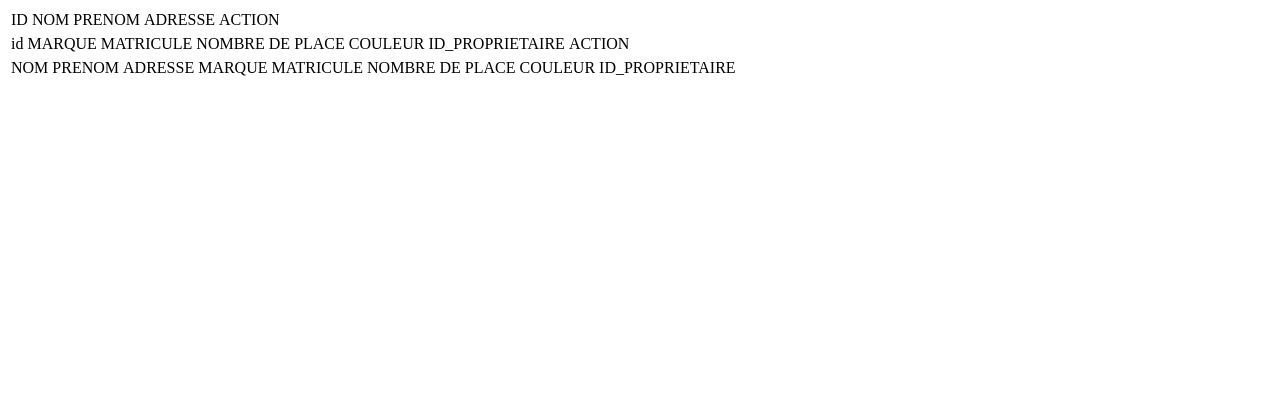
Repository: mitantsoa1/eselas
Page: http://localhost/views/affichage.php
These files come from the project's save history. The page is drawn as it stood at one moment and after the next save; the edit follows.
The browser window is 1280 px wide. The pictures show the whole page.
The page is run by PHP 8.4 with error messages shown; the project is at /var/www/html/. Style sheets and scripts are compiled from the project's sources, by tool versions that may differ from the author's. Queries for data that is not in the repository find no rows.

Above is the page before, as saved 2020-11-29 15:30:40.
Console error: SyntaxError: Unexpected token '<'

### views/affichage.php
<?php
// include_once ('Models/voiture.class.php');
// include_once ('Models/proprietaire.class.php');
// include_once ('Controls/control.php');
// include_once ('Views/enregistrementProprio.php');
// include_once ('Views/enregistrementVoiture.php');
// session_start();
// $matricule=htmlspecialchars(trim($_POST['matricule']));
// $_SESSION['user']=$matricule;
?>
<!DOCTYPE html>
<html lang="en">
<head>
    <meta charset="UTF-8">
    <meta name="viewport" content="width=device-width, initial-scale=1.0">
    <title>Document</title>
    <link rel="stylesheet" href="Publics/css/style.css">
    <link rel="stylesheet" href="Publics/css/bootstrap.css">
    <link rel="stylesheet" href="Publics/css/font-awesome.css">
    <link rel="stylesheet" href="Publics/css/util.css">

</head>
<body>

<div class="container-fluid">
    <div class="row">
        <div class="col-md-5">

            <table class="m-t-100 table table-bordered">
                            <tr>
                                <td>ID</td>
                                <td>NOM</td>
                                <td>PRENOM</td>
                                <td>ADRESSE</td>
                                <td>ACTION</td>
                                <!-- <td>MARQUE</td>
                                <td>MATRICULE</td>
                                <td>NOMBRE DE PLACE</td>
                                <td>COULEUR</td> -->
                            </tr>




                        <?php
                        $connexion = new PDO ("mysql:host=localhost;dbname=stage","root","");
                            $sql="SELECT * FROM personne  ";
                            $stmt = $connexion -> prepare($sql);
                            $stmt -> execute();
                                while($table= $stmt->fetch(PDO::FETCH_ASSOC)){
                                    echo "
                                        <tr>
                                            <td> ".$table['id']."</td>
                                            <td> ".$table['nom']."</td>
                                            <td> ".$table['prenom']."</td>
                                            <td> ".$table['adresse']."</td>
                                            <td>
                                            <a href='affichage' id='efface' onclick='effacer(".$table['id'].")' >Effacer</a>
                                            <a href='#' onclick='modifier(".$table['id'].")'>Modifier</a>
                                        </td>
                                        </tr>
                                    ";
                                }
                        ?>
            </table>

        </div>

         <!-- INNER JOIN voiture AS v WHERE p.id = v.id_personne
        ,v.marque,v.matricule,v.place,v.couleur

        WHERE p.nom LIKE '%i%'

         onclick=' return confirm(\"Voulez-vous supprimer?\")'

        <td> ".$tab['marque']."</td>
                                <td> ".$tab['matricule']."</td>
                                <td> ".$tab['place']."</td>
                                <td> ".$tab['couleur']."</td>

                                <td> ".$tab['nom']."</td>
                                <td> ".$tab['prenom']."</td>
                                <td> ".$tab['adresse']."</td>
        -->
        <div class="col-md-7">
                <table  class="m-t-100 table table-bordered">
                        <tr>
                            <!-- <td>NOM</td>
                            <td>PRENOM</td>-->
                            <td>id</td>
                            <td>MARQUE</td>
                            <td>MATRICULE</td>
                            <td>NOMBRE DE PLACE</td>
                            <td>COULEUR</td>
                            <td>ID_PROPRIETAIRE</td>
                            <td>ACTION</td>
                        </tr>
                    <?php
                    $connexion = new PDO ("mysql:host=localhost;dbname=stage","root","");
                        $sql="SELECT * FROM voiture ";
                        $stmt = $connexion -> prepare($sql);
                        $stmt -> execute();
                            while($tab= $stmt->fetch(PDO::FETCH_ASSOC)){
                                echo "
                                    <tr>
                                    <td> ".$tab['id']."</td>
                                        <td> ".$tab['marque']."</td>
                                        <td> ".$tab['matricule']."</td>
                                        <td> ".$tab['place']."</td>
                                        <td> ".$tab['couleur']."</td>
                                        <td> ".$tab['id_personne']."</td>
                                        <td>
                                            <a href='affichage' id='supprime' onclick='supprimer(".$tab['id'].")'>Supprimer</a>
                                            <a href='modifierV' id='modifierV' onclick='modifierVoit(".$tab['id'].")'>Modifier</a>
                                        </td>
                                    </tr>
                                ";
                            }
                    ?>
                </table>
        </div>
    </div>
    <div class="col-md-10 col-md-offset-1">

<table class="m-t-100 table table-bordered">
                <tr>
                    <td>NOM</td>
                    <td>PRENOM</td>
                    <td>ADRESSE</td>
                    <td>MARQUE</td>
                    <td>MATRICULE</td>
                    <td>NOMBRE DE PLACE</td>
                    <td>COULEUR</td>
                    <td>ID_PROPRIETAIRE</td>
                </tr>

            <?php
            // $connexion = new PDO ("mysql:host=localhost;dbname=stage","root","");
            //     $sql="SELECT * FROM voiture AS v INNER JOIN personne AS p ON p.id= v.id_personne";
            //     $stmt1 = $connexion -> prepare($sql);
            //     $stmt1 -> execute();
            //     $table=[];
            //     $i=0;
            //         while($x= $stmt1->fetch(PDO::FETCH_ASSOC)){
            //             $table=$x;
            //             $i++;
            //         }
            //             echo "
            //                 <tr>
            //                     <td> ".$table['nom']."</td>
            //                     <td> ".$table['prenom']."</td>
            //                     <td> ".$table['adresse']."</td>
            //                     <td> ".$table['marque']."</td>
            //                     <td> ".$table['matricule']."</td>
            //                     <td> ".$table['place']."</td>
            //                     <td> ".$table['couleur']."</td>
            //                     <td> ".$table['id_personne']."</td>
            //                 </tr>
            //             ";
                        // echo $table['nom'];

            ?>
</table>
</div>
<!-- <table border="1">
                <tr>
                    <td>ID_PERSONNE</td>

                   <td>MARQUE</td>
                    <td>MATRICULE</td>
                    <td>NOMBRE DE PLACE</td>
                    <td>COULEUR</td>
                </tr>
</table>  -->




            <!-- $connexion = new PDO ("mysql:host=localhost;dbname=stage","root","");
                $sql="SELECT id FROM personne  ";
                $stmt = $connexion -> prepare($sql);
                $stmt -> execute();
                $i=0;
                $x=0;
                    while($tab= $stmt->fetch(PDO::FETCH_ASSOC)){
                        $x= $tab['id'];
                        // echo $table."<br>";
                        $table[$i]=$x;

                        $i++;
                    }
                        echo $table[0]." "; -->

    </div>
    <script src="Publics/js/jquery.js"></script>
    <script src="Publics/js/bootstrap.js"></script>
    <script src="Publics/js/main.js"></script>
</body>


</html>

### index.php
<?php

require_once ("Controls/Controllers.class.php");
require_once ("Models/Database.class.php");
Database::init("localhost","stage","root","");

if(isset($_GET['action'])){
    if(method_exists("Controllers",$_GET['action'])){
        $reflect = new ReflectionMethod("Controllers",$_GET['action']);
        $class = "Controllers";
        $reflect -> invoke(new $class);
    }else{
        Controllers::loadView("erreur.php");
    }
}else{
    Controllers::loadView("indexViews.php");
}

?>

### Models/Database.class.php
<?php
    class Database {
        private $query;
        private static $host;
        private static $dbname;
        private static $user;
        private static $pass;
        private static $conn;
        // private $reqA;
        // private $tableA=[];

        public static function init($host,$dbname,$user,$pass){
            self:: $host  = htmlspecialchars(trim($host));
            self:: $dbname  = htmlspecialchars(trim($dbname));
            self:: $user  = htmlspecialchars(trim($user));
            self:: $pass  = htmlspecialchars(trim($pass));
        }

        public static function db(){
            if(!isset(self::$conn)){
                self::$conn = new PDO("mysql:host=".self::$host.";dbname=".self::$dbname,self::$user,self::$pass);
            }
            return self::$conn;
        }
        public function insert($table){
            $table = htmlspecialchars(trim($table));
            $this ->query = "INSERT INTO ".$table ;
            return $this;
        }
        public function parametters($fields){
            $this->query.=" (";
            $cols="";
            $value=" VALUE (";
            for($i=0; $i<count($fields); $i++){
                $cols.=$fields[$i].",";
            }
            $cols = trim($cols,",");
            $cols.=")";
            for($i=0; $i<count($fields); $i++){
                $value.="?,";
            }
            $value = trim($value,",");
            $value.=")";
            $this->query.=$cols.$value;

            return $this;

        }
        public function paramettersNV($fields){
            $this->query.=" (";
            $cols="";
            for($i=0; $i<count($fields); $i++){
                $cols.=$fields[$i].",";
            }
            $cols = trim($cols,",");
            $cols.=")";

            $this->query.=$cols;

            return $this;

        }
        public function selectSP(){
            // $table = htmlspecialchars((trim($table)));
                $this->query = "SELECT *";
                return $this;
        }

        public function select($fields){
            $this->query = "SELECT ";
            $this->query.=" (";
            $cols="";
            for($i=0; $i<count($fields); $i++){
                $cols.=$fields[$i].",";
            }
            $cols = trim($cols,",");
            $cols.=")";

            $this->query.=$cols;

            return $this;
        }
        public function from($table){
            $table = htmlspecialchars((trim($table)));
            $this->query .= " FROM ".$table;

            return $this;

        }
        public function getQuery(){
            echo $this->query;
        }

        public function execute($data){

            if(strpos($this->query,"?") > -1){
                $req = self::db()->prepare($this->query);
                $req->execute($data);
                return $req->fetchAll(PDO::FETCH_OBJ);
            }
        }
        // public function executeAff($data){
        //     if(strpos($this->query,"?") > -1){
        //         $reqA = self::db()->prepare($this->query);
        //         $reqA->execute($data);
        //         return $reqA->fetchAll(PDO::FETCH_OBJ);
        //     }
        // }
        public function executeSP(){
                $req = self::db()->prepare($this->query);
                $req->execute();
                return $req->fetchAll(PDO::FETCH_OBJ);
        }


        public function update($table){
            $this->query = "UPDATE ".$table;

            return $this;
        }
        public function set($fields){
            $this->query .=" SET ";
            for ($i=0; $i<count($fields); $i++){
                $this->query .= $fields[$i]." = ? ,";
            }
            $this->query= trim($this->query,",");

            return $this;
        }

        public function where($primary,$operator){
            $this->query.=" WHERE ".$primary." ".$operator." ?";
            return $this;
        }

        public function delete($table){
            $table = htmlspecialchars(trim($table));
            $this->query = "DELETE FROM ".$table;
            return $this;

        }
        public function et($col,$operator){
            $sql="";
            for($i=0; $i<count($col);$i++){
                $sql.= " AND ".$col[$i]." ".$operator[$i]." ?";
            }
            $this->query .=$sql;

            return $this;
        }
        public function ou($col,$operator){
            $this->query .= " OR ".$col." ".$operator." ?";

            return $this;
        }
        public function retour(){
            return "success";
        }
        public function innerJoin($table1,$table2,$id1,$id2){
            $table1 = htmlspecialchars(trim($table1));
            $table2 = htmlspecialchars(trim($table2));
            $id1 = htmlspecialchars(trim($id1));
            $id2 = htmlspecialchars(trim($id2));

            $this->query .=" INNER JOIN ".$table2." ON ".$table1.".".$id1."=".$table2.".".$id2;
            return $this;
        }
        public function like($cols,$wildcards){
            $this->query .= " WHERE ".$cols." LIKE ".$wildcards;
            return $this;
        }
        public function order($col){
            $this->query.=" ORDER BY ".$col." ASC";
            return $this;
        }

    }

    //  Database::init("localhost","stage","root","");
    // $db = new Database();
//     $db  ->selectSP()
//     ->from("voiture")
//   ->where("matricule","=")
//     // -> set(["matricule","marque","place","couleur","id_personne"])

//     ->getQuery();

    // Database::init("localhost","stage","root","");
    // $db = new Database();
    // $db  ->update("voiture")
    // ->paramettersNV(["matricule","marque","place","couleur","id_personne"])
    // -> set(["matricule","marque","place","couleur","id_personne"])
    // ->where("id","=")
    // ->getQuery();
    //                                 ->paramettersNV(["nom","prenom","adresse"])
    //                                 ->set(["nom","prenom","adresse"])
    //                                 ->where("id","=")
    //                                 ->getQuery();
                                    // ->executeSP(["nom","prenom","adresse",7]);
// $tab=$db->selectSP()
// ->from("voiture")
// ->like("marque","'a%'")
// ->where("matricule","=")
// // ->executeAff(["a"]);
// // ->getQuery();
// ->executeSP();
// var_dump($tab) ;
// for($i=0;$i<count($tab);$i++){
// echo $tab[$i]->marque."<br>";
// }

// ->innerJoin("voiture","personne","id_personne","id")
// ->getQuery();
// $db = new Database();
//     $db ->update("personne")
//         ->set(["nom","prenom"])
//         -> where("prenom","=")
//         ->getQuery();
// $db->delete("personne")
// -> where("nom","=")
//        ->getQuery();
// $tab = $db ->selectSP()
//                 ->from("voiture")
//                 ->where("num_inscription","=")
//                 ->et(["niveau","nom","prenom"],["=","=","="])
//                 ->getQuery();
//                 ->execute([3]);
//                 var_dump($tab);
// ?>

### Views/erreur.php
<!DOCTYPE html>
<html lang="fr">
<head>
    <meta charset="UTF-8">
    <meta name="viewport" content="width=device-width, initial-scale=1.0">
    <title>Page invalide</title>
</head>
<body>
    <h1>ERROR 404</h1>

        <p>Cette page n'est pas disponible</p>
</body>
</html>

### Publics/vendor4/font-awesome4/scss/_mixins.scss
// Mixins
// --------------------------

@mixin fa-icon() {
  display: inline-block;
  font: normal normal normal #{$fa-font-size-base}/#{$fa-line-height-base} FontAwesome; // shortening font declaration
  font-size: inherit; // can't have font-size inherit on line above, so need to override
  text-rendering: auto; // optimizelegibility throws things off #1094
  -webkit-font-smoothing: antialiased;
  -moz-osx-font-smoothing: grayscale;

}

@mixin fa-icon-rotate($degrees, $rotation) {
  -ms-filter: "progid:DXImageTransform.Microsoft.BasicImage(rotation=#{$rotation})";
  -webkit-transform: rotate($degrees);
      -ms-transform: rotate($degrees);
          transform: rotate($degrees);
}

@mixin fa-icon-flip($horiz, $vert, $rotation) {
  -ms-filter: "progid:DXImageTransform.Microsoft.BasicImage(rotation=#{$rotation}, mirror=1)";
  -webkit-transform: scale($horiz, $vert);
      -ms-transform: scale($horiz, $vert);
          transform: scale($horiz, $vert);
}


// Only display content to screen readers. A la Bootstrap 4.
//
// See: http://a11yproject.com/posts/how-to-hide-content/

@mixin sr-only {
  position: absolute;
  width: 1px;
  height: 1px;
  padding: 0;
  margin: -1px;
  overflow: hidden;
  clip: rect(0,0,0,0);
  border: 0;
}

// Use in conjunction with .sr-only to only display content when it's focused.
//
// Useful for "Skip to main content" links; see http://www.w3.org/TR/2013/NOTE-WCAG20-TECHS-20130905/G1
//
// Credit: HTML5 Boilerplate

@mixin sr-only-focusable {
  &:active,
  &:focus {
    position: static;
    width: auto;
    height: auto;
    margin: 0;
    overflow: visible;
    clip: auto;
  }
}

### Publics/vendor4/font-awesome4/scss/_path.scss
/* FONT PATH
 * -------------------------- */

@font-face {
  font-family: 'FontAwesome';
  src: url('#{$fa-font-path}/fontawesome-webfont.eot?v=#{$fa-version}');
  src: url('#{$fa-font-path}/fontawesome-webfont.eot?#iefix&v=#{$fa-version}') format('embedded-opentype'),
    url('#{$fa-font-path}/fontawesome-webfont.woff2?v=#{$fa-version}') format('woff2'),
    url('#{$fa-font-path}/fontawesome-webfont.woff?v=#{$fa-version}') format('woff'),
    url('#{$fa-font-path}/fontawesome-webfont.ttf?v=#{$fa-version}') format('truetype'),
    url('#{$fa-font-path}/fontawesome-webfont.svg?v=#{$fa-version}#fontawesomeregular') format('svg');
//  src: url('#{$fa-font-path}/FontAwesome.otf') format('opentype'); // used when developing fonts
  font-weight: normal;
  font-style: normal;
}

Loaded but not shown: Publics/vendor4/font-awesome4/scss/font-awesome.scss (common file); Publics/vendor4/font-awesome4/scss/_core.scss (common file); Publics/vendor4/font-awesome4/scss/_larger.scss (common file); Publics/vendor4/font-awesome4/scss/_fixed-width.scss (common file); Publics/vendor4/font-awesome4/scss/_list.scss (common file); Publics/vendor4/font-awesome4/scss/_bordered-pulled.scss (common file); Publics/vendor4/font-awesome4/scss/_animated.scss (common file); Publics/vendor4/font-awesome4/scss/_rotated-flipped.scss (common file); Publics/vendor4/font-awesome4/scss/_stacked.scss (common file); Publics/vendor4/font-awesome4/scss/_screen-reader.scss (common file); Publics/vendor4/font-awesome4/scss/_icons.scss (733 lines, source omitted); Publics/vendor4/font-awesome4/scss/_variables.scss (743 lines, source omitted); Controls/Controllers.class.php (175 lines, source omitted)

After the next save:
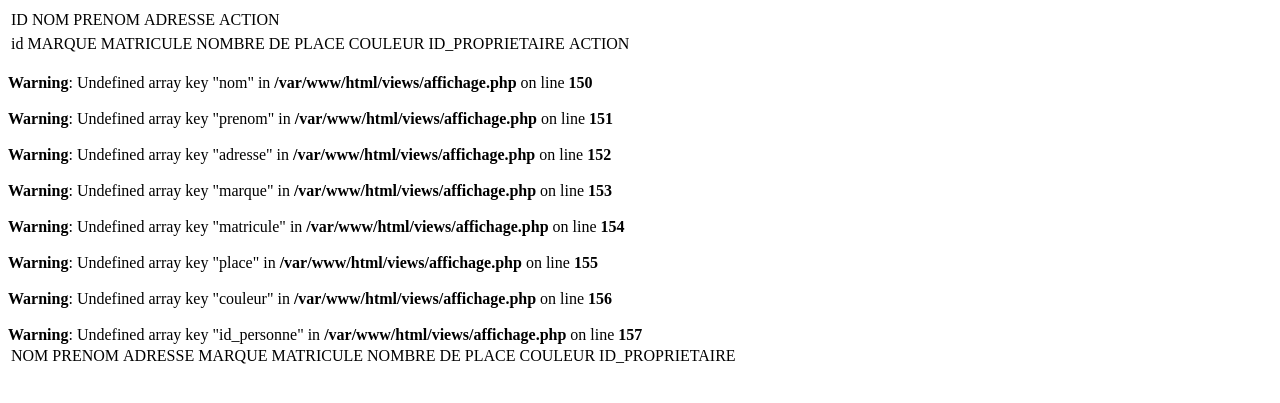
Saved 15 min 3 s later.
--- a/views/affichage.php
+++ b/views/affichage.php
@@ -135,28 +135,28 @@
                 </tr>
 
             <?php
-            // $connexion = new PDO ("mysql:host=localhost;dbname=stage","root","");
-            //     $sql="SELECT * FROM voiture AS v INNER JOIN personne AS p ON p.id= v.id_personne";
-            //     $stmt1 = $connexion -> prepare($sql);
-            //     $stmt1 -> execute();
-            //     $table=[];
-            //     $i=0;
-            //         while($x= $stmt1->fetch(PDO::FETCH_ASSOC)){
-            //             $table=$x;
-            //             $i++;
-            //         }
-            //             echo "
-            //                 <tr>
-            //                     <td> ".$table['nom']."</td>
-            //                     <td> ".$table['prenom']."</td>
-            //                     <td> ".$table['adresse']."</td>
-            //                     <td> ".$table['marque']."</td>
-            //                     <td> ".$table['matricule']."</td>
-            //                     <td> ".$table['place']."</td>
-            //                     <td> ".$table['couleur']."</td>
-            //                     <td> ".$table['id_personne']."</td>
-            //                 </tr>
-            //             ";
+            $connexion = new PDO ("mysql:host=localhost;dbname=stage","root","");
+                $sql="SELECT * FROM voiture AS v INNER JOIN personne AS p ON p.id= v.id_personne";
+                $stmt1 = $connexion -> prepare($sql);
+                $stmt1 -> execute();
+                $table=[];
+                $i=0;
+                    while($x= $stmt1->fetch(PDO::FETCH_ASSOC)){
+                        $table=$x;
+                        $i++;
+                    }
+                        echo "
+                            <tr>
+                                <td> ".$table['nom']."</td>
+                                <td> ".$table['prenom']."</td>
+                                <td> ".$table['adresse']."</td>
+                                <td> ".$table['marque']."</td>
+                                <td> ".$table['matricule']."</td>
+                                <td> ".$table['place']."</td>
+                                <td> ".$table['couleur']."</td>
+                                <td> ".$table['id_personne']."</td>
+                            </tr>
+                        ";
                         // echo $table['nom'];
 
             ?>
